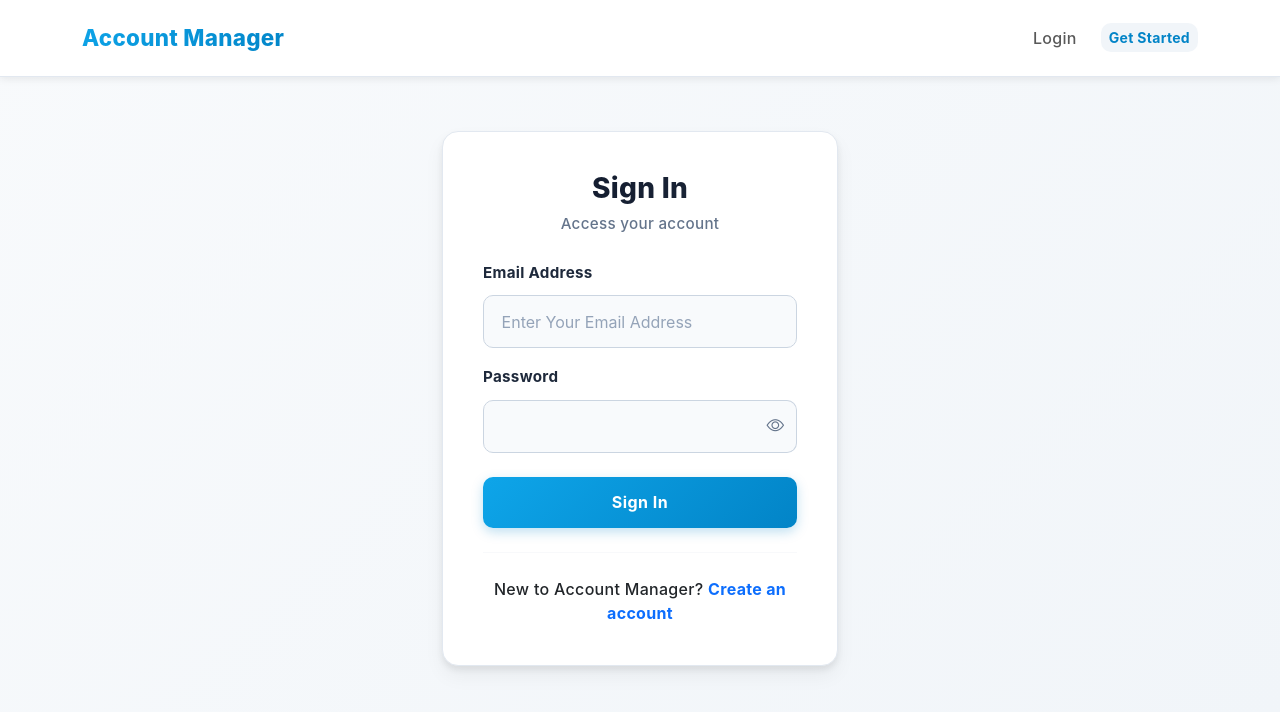
Repository: dharmik2910/Chaintech-Account-Manager
Page: /
An editor plug-in stored every save of this project. The page is shown before and after the next save, followed by the edit.
The browser window is 1280 px wide. The pictures show the whole page.
The project was rebuilt for these pictures with package versions that can differ from the ones it lists, and the page was loaded fresh each time. Also part of the build but not shown: vite.config.js, src/pages/AccountPage.jsx, src/pages/RegisterPage.jsx.

Above is the page before, as saved 2025-12-16 20:44:50.

After the next save:
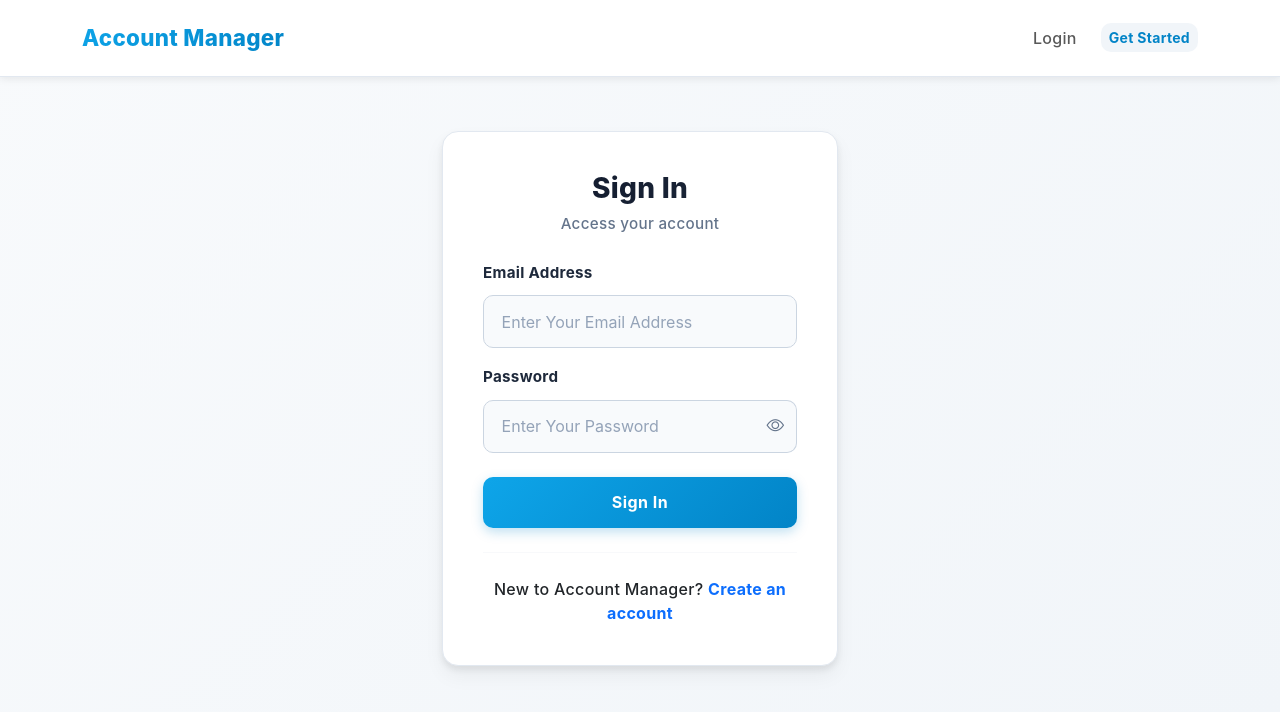
Saved 58 s later.
--- a/src/pages/LoginPage.jsx
+++ b/src/pages/LoginPage.jsx
@@ -111,6 +111,7 @@ function LoginPage() {
                     className={`form-control ${errors.password ? 'is-invalid' : ''}`}
                     value={password}
                     onChange={(e) => handleFieldChange('password', e.target.value)}
+                    placeholder="Enter Your Password"
                     required
                   />
                   <button
